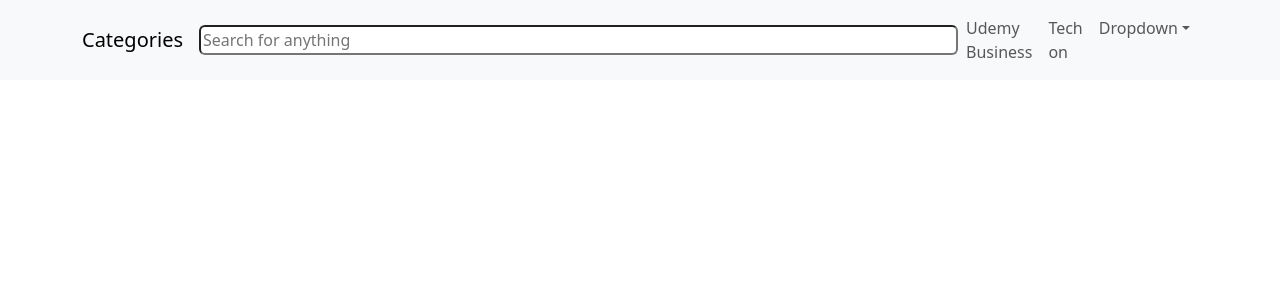
Repository: Taniafdes/newProject
Page: /home/navbar
These files come from the project's save history. The page is drawn as it stood at one moment and after the next save; the edit follows.
The browser window is 1280 px wide. The pictures show the whole page.
The project was rebuilt for these pictures with package versions that can differ from the ones it lists, and the page was loaded fresh each time. The framework's server and built-in components were replaced by stand-ins that run in the browser. Also part of the build but not shown: next.config.js.

Above is the page before, as saved 2023-06-15 13:44:38.

### pages/_app.js
import Head from "next/head";
import Script from "next/script";
import 'bootstrap/dist/css/bootstrap.css';
function MyApp({ Component, pageProps }) {
  return (
    <>
      <Head>
        <meta name="viewport" content="width=device-width, initial-scale=1" />
      </Head>

      <Script
        src="https://cdn.jsdelivr.net/npm/bootstrap@5.0.0-beta1/dist/js/bootstrap.bundle.min.js"
        integrity="sha384-ygbV9kiqUc6oa4msXn9868pTtWMgiQaeYH7/t7LECLbyPA2x65Kgf80OJFdroafW"
        crossOrigin="anonymous"
      />
      <Component {...pageProps} />
    </>
  );
}
export default MyApp;

### pages/home/navbar.js
import React from 'react'
import Container from 'react-bootstrap/Container';
import Nav from 'react-bootstrap/Nav';
import Navbar from 'react-bootstrap/Navbar';
import NavDropdown from 'react-bootstrap/NavDropdown';
// import Image from 'next/image';

const home = () => {
  return (
    <div>
    <Navbar bg="light" expand="lg">
      <Container>
       {/* <Image src="/public/images/udemy.jpg" /> */}
        <Navbar.Brand href="#home">Categories</Navbar.Brand>
        <input  type="input" id="exampleInputEmail1"  placeholder="Search for anything"  className='w-100 rounded rounded-2'/>
        <Navbar.Toggle aria-controls="basic-navbar-nav" />
        <Navbar.Collapse id="basic-navbar-nav">
          <Nav className="me-auto">
            <Nav.Link href="#home">Udemy Business</Nav.Link>
            <Nav.Link href="#link">Tech on </Nav.Link>
            <NavDropdown title="Dropdown" id="basic-nav-dropdown">
              <NavDropdown.Item href="#action/3.1">Action</NavDropdown.Item>
              <NavDropdown.Item href="#action/3.2">
                Another action
              </NavDropdown.Item>
              <NavDropdown.Item href="#action/3.3">Something</NavDropdown.Item>
              <NavDropdown.Divider />
              <NavDropdown.Item href="#action/3.4">
                Separated link
              </NavDropdown.Item>
            </NavDropdown>
          </Nav>
        </Navbar.Collapse>
      </Container>
    </Navbar>
    </div>
  )

}
export default home

After the next save:
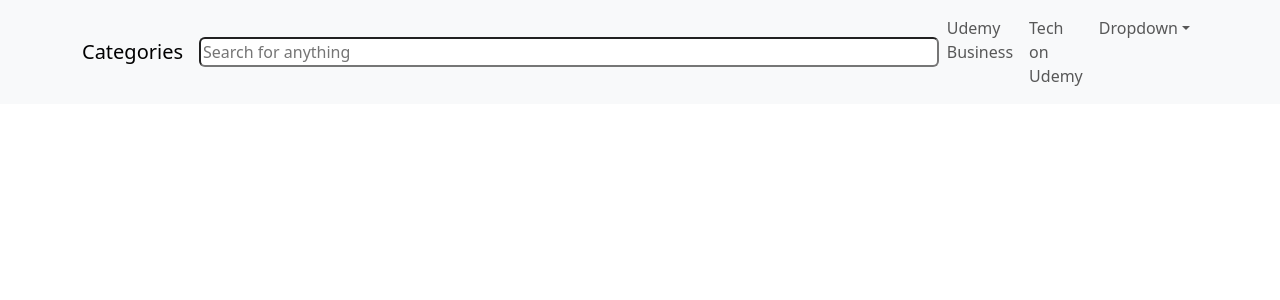
Saved 4 s later.
--- a/pages/home/navbar.js
+++ b/pages/home/navbar.js
@@ -17,7 +17,7 @@
         <Navbar.Collapse id="basic-navbar-nav">
           <Nav className="me-auto">
             <Nav.Link href="#home">Udemy Business</Nav.Link>
-            <Nav.Link href="#link">Tech on </Nav.Link>
+            <Nav.Link href="#link">Tech on Udemy</Nav.Link>
             <NavDropdown title="Dropdown" id="basic-nav-dropdown">
               <NavDropdown.Item href="#action/3.1">Action</NavDropdown.Item>
               <NavDropdown.Item href="#action/3.2">
